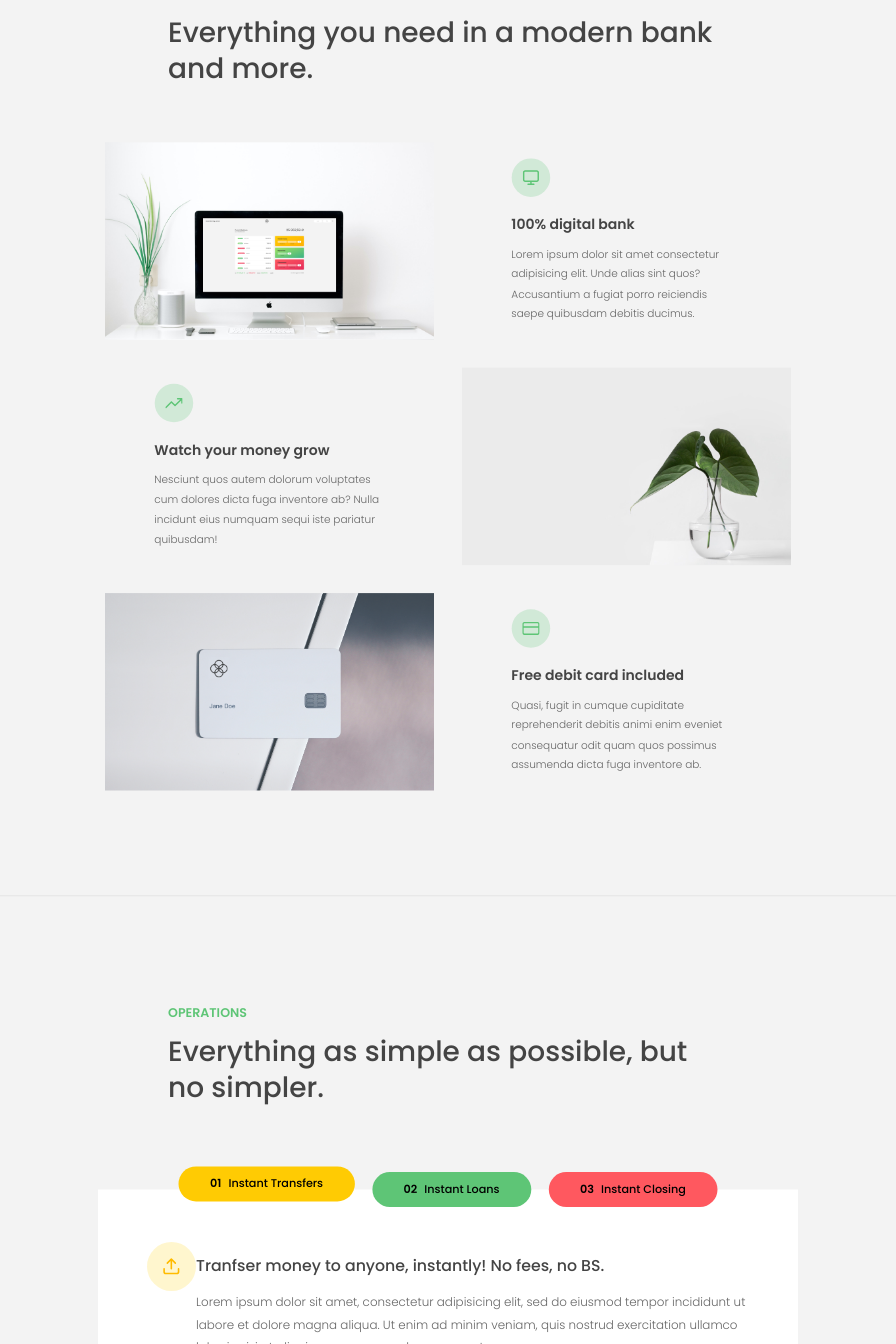
Repository: jiahow99/Javascript-Dom-Udemy
Page: index.html
An editor plug-in stored every save of this project. The page is shown before and after a run of saves, followed by the edit.
The browser window is 1280 px wide. The pictures show the part of the page from y = 895 to 2815 px (the page is 4882 px tall before and 4881 px after), at 70% of full size.

Above is the page before, as saved 2023-02-01 21:07:07.

After the next 2 saves:
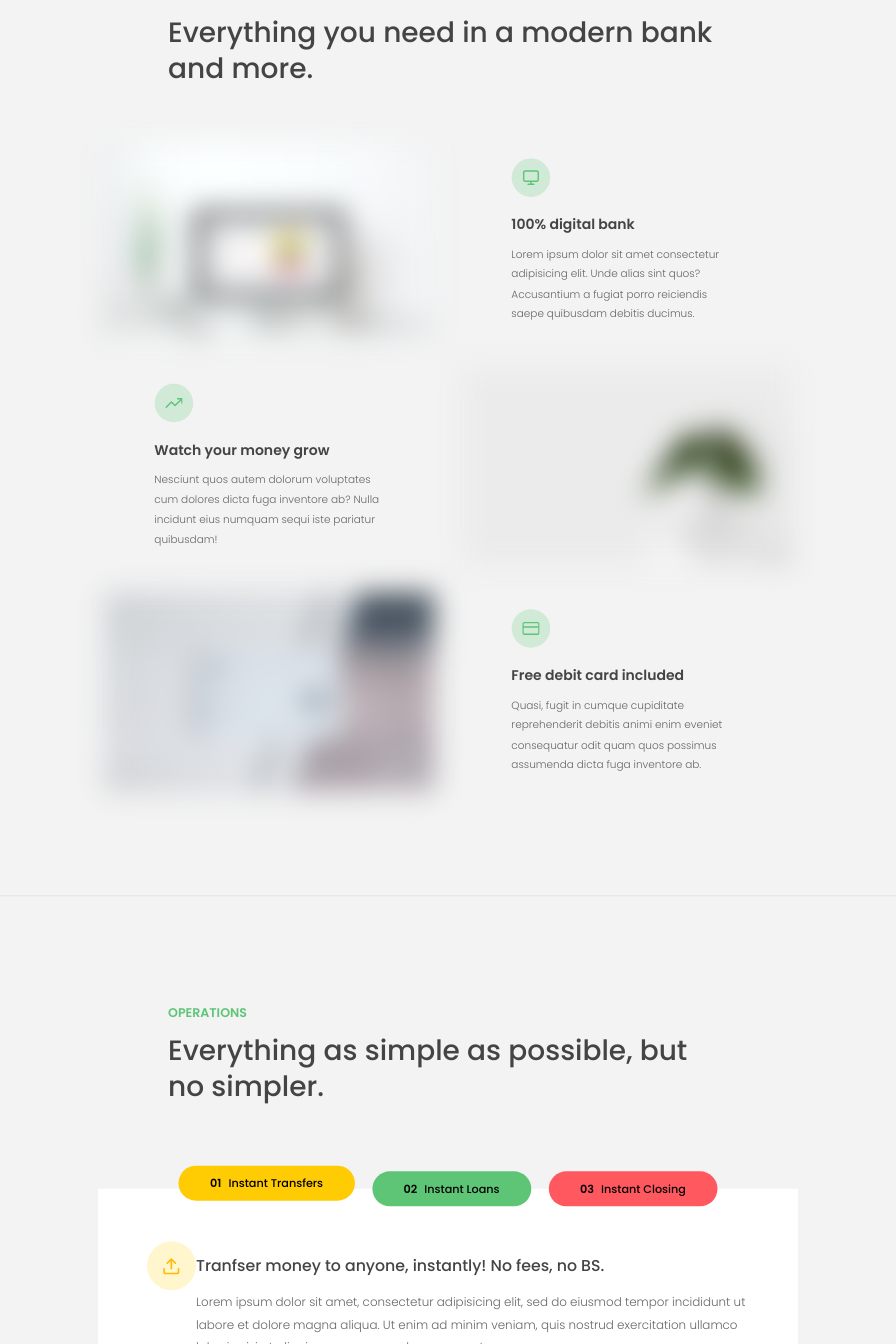
Console error: SyntaxError: Unexpected token ';'
The 2 saves are shown as one change because they came seconds apart.
The last was saved 2 min 1 s later.
--- a/script.js
+++ b/script.js
@@ -130,6 +130,7 @@
 const imgOption = {
   root: null,
   threshold: 0.2,
+  rootMargin: '200px';
 }
 
 const images = document.querySelectorAll('img[data-src]');

After the save that followed:
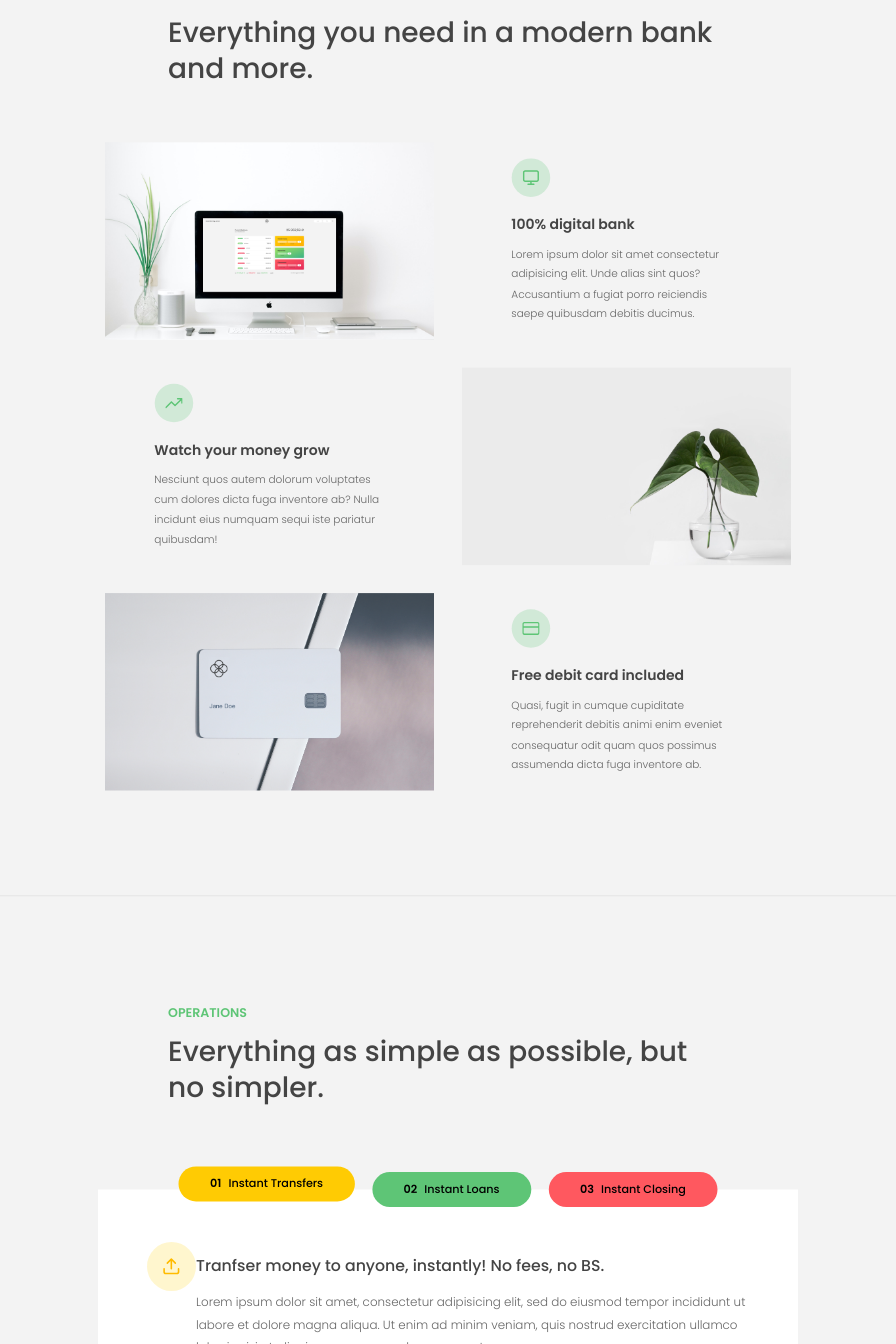
The error is gone.
Saved 12 s later.
--- a/script.js
+++ b/script.js
@@ -130,7 +130,7 @@
 const imgOption = {
   root: null,
   threshold: 0.2,
-  rootMargin: '200px';
+  rootMargin: '200px',
 }
 
 const images = document.querySelectorAll('img[data-src]');
